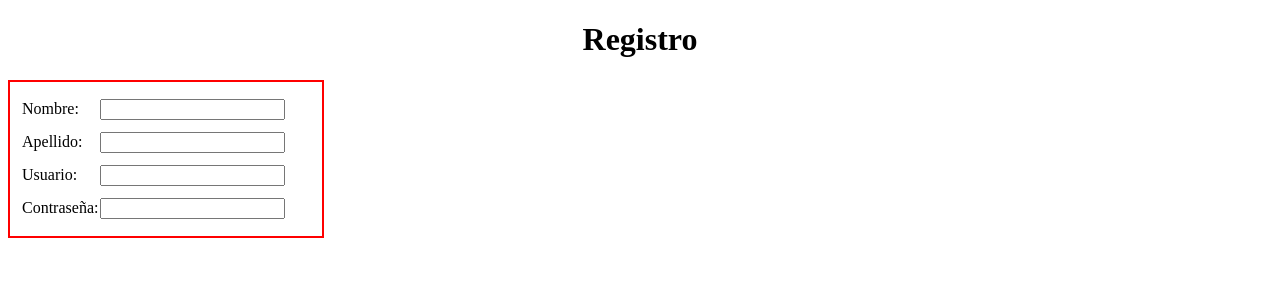
Repository: jchemile/varios
Page: pildoras_informaticas/javaee/Primeros_pasos_JSP/WebContent/Formuario_Login.html
The author's editor kept a copy of each file at every save. The page is drawn from the files as they stood at one save, then again after the next save.
The browser window is 1280 px wide. The pictures show the whole page.

Above is the page before, as saved 2020-04-20 05:13:13.

After the next save:
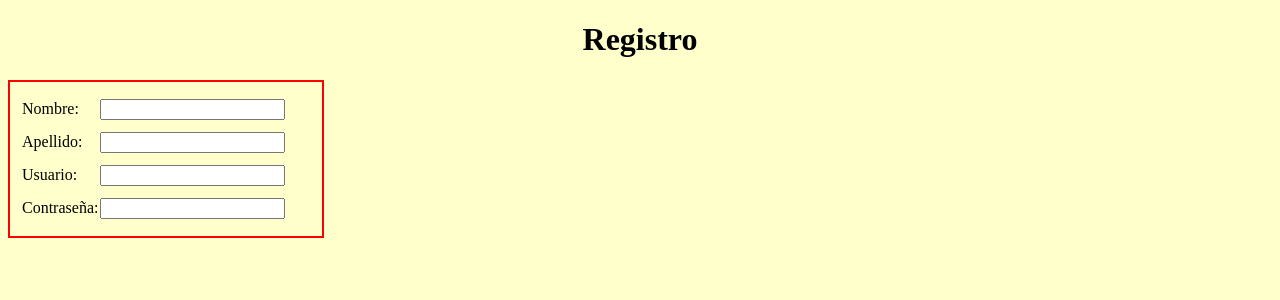
Saved 62 s later.
--- a/pildoras_informaticas/javaee/Primeros_pasos_JSP/WebContent/Formuario_Login.html
+++ b/pildoras_informaticas/javaee/Primeros_pasos_JSP/WebContent/Formuario_Login.html
@@ -7,7 +7,7 @@
 <style>
 
 body{
-	background-color = #FFC;
+	background-color: #FFC;
 }
 
 table{
